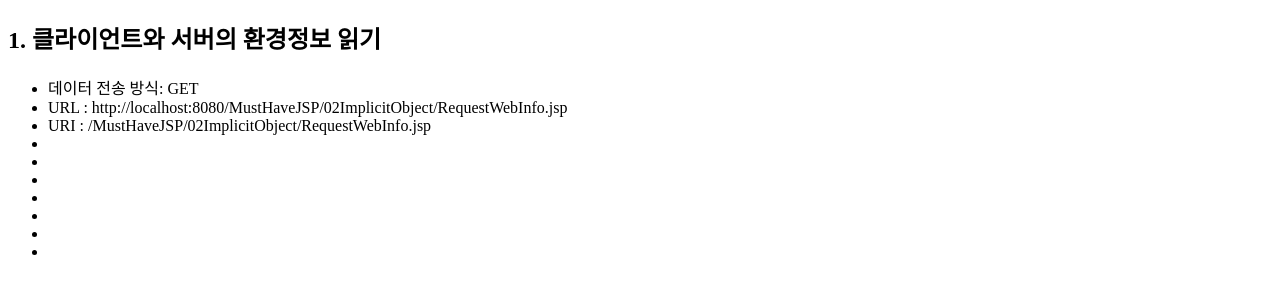
Repository: devgolol/JSP-_Servlet
Page: http://localhost/MustHaveJSP/02ImplicitObject/RequestWebInfo.jsp
These files come from the project's save history. The page is drawn as it stood at one moment and after the next save; the edit follows.
The browser window is 1280 px wide. The pictures show the whole page.
The page is served by Tomcat 10.

Above is the page before, as saved 2025-05-02 06:00:27.

After the next save:
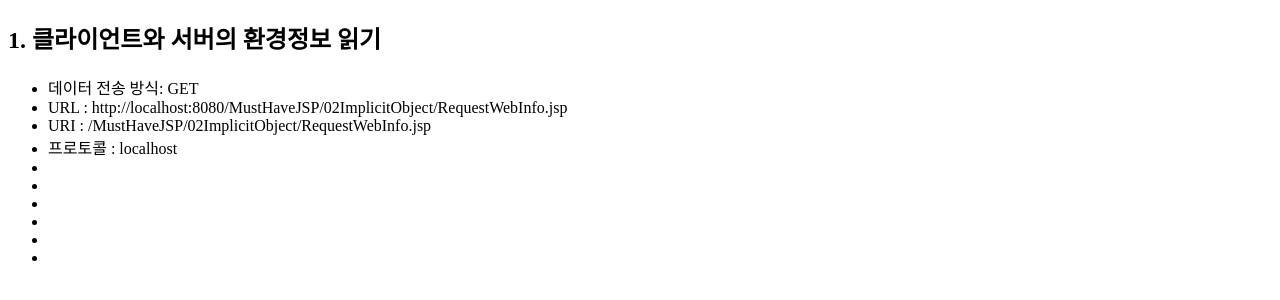
Saved 24 s later.
--- a/MustHaveJSP/src/main/webapp/02ImplicitObject/RequestWebInfo.jsp
+++ b/MustHaveJSP/src/main/webapp/02ImplicitObject/RequestWebInfo.jsp
@@ -12,7 +12,7 @@
 		<li>데이터 전송 방식: <%=request.getMethod() %></li>
 		<li>URL : <%= request.getRequestURL() %></li>
 		<li>URI : <%= request.getRequestURI() %></li>
-		<li></li>
+		<li>프로토콜 : <%=request.getServerName() %></li>
 		<li></li>
 		<li></li>
 		<li></li>
